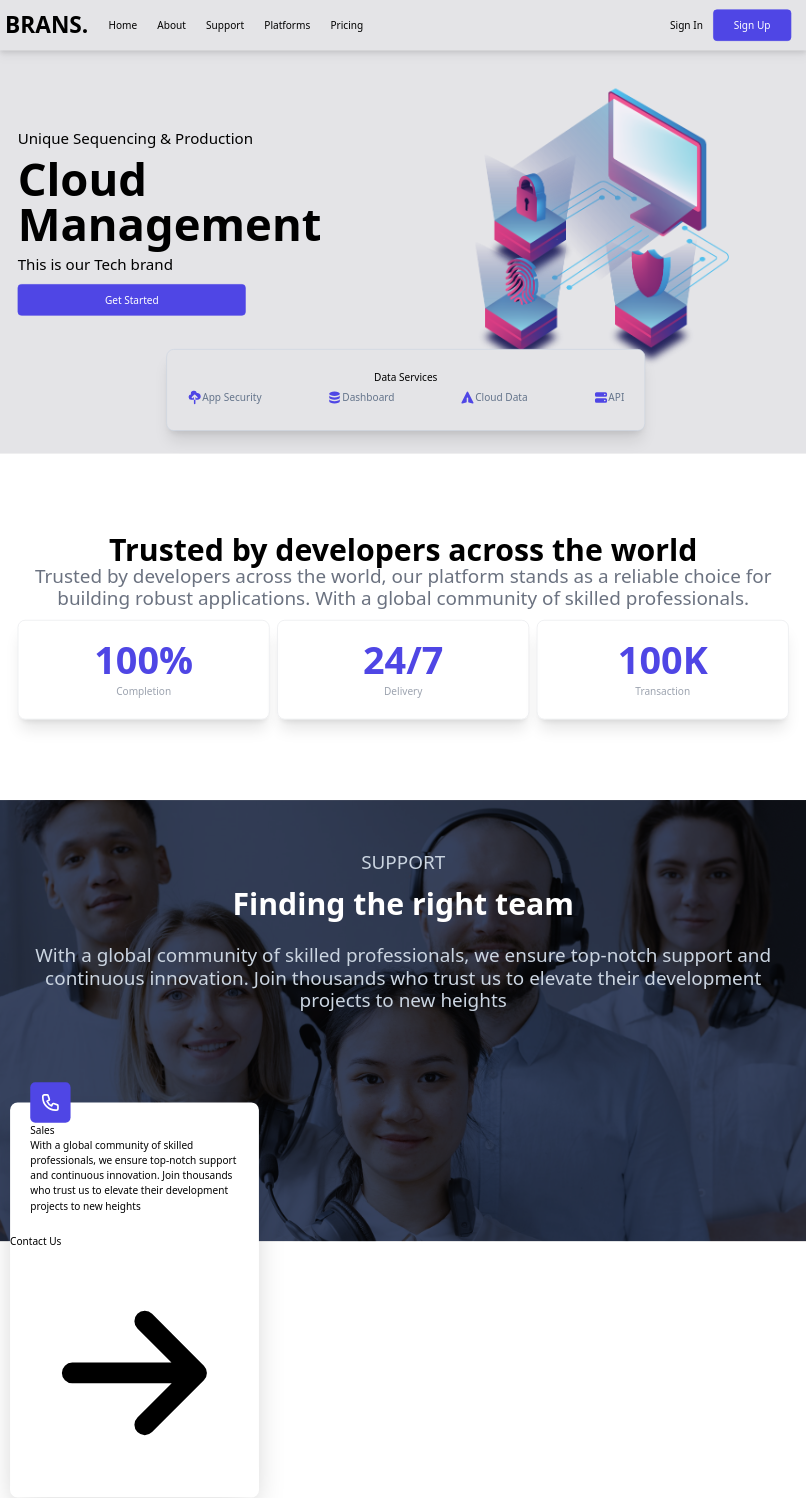
Repository: adrcstro/react-project-2
Page: /
The author's editor kept a copy of each file at every save. The page is drawn from the files as they stood at one save, then again after the next save.
The browser window is 1280 px wide. The pictures show the whole page, at 63% of full size.
The project was rebuilt for these pictures with package versions that can differ from the ones it lists, and the page was loaded fresh each time.

Above is the page before, as saved 2024-08-15 20:33:45.

After the next save:
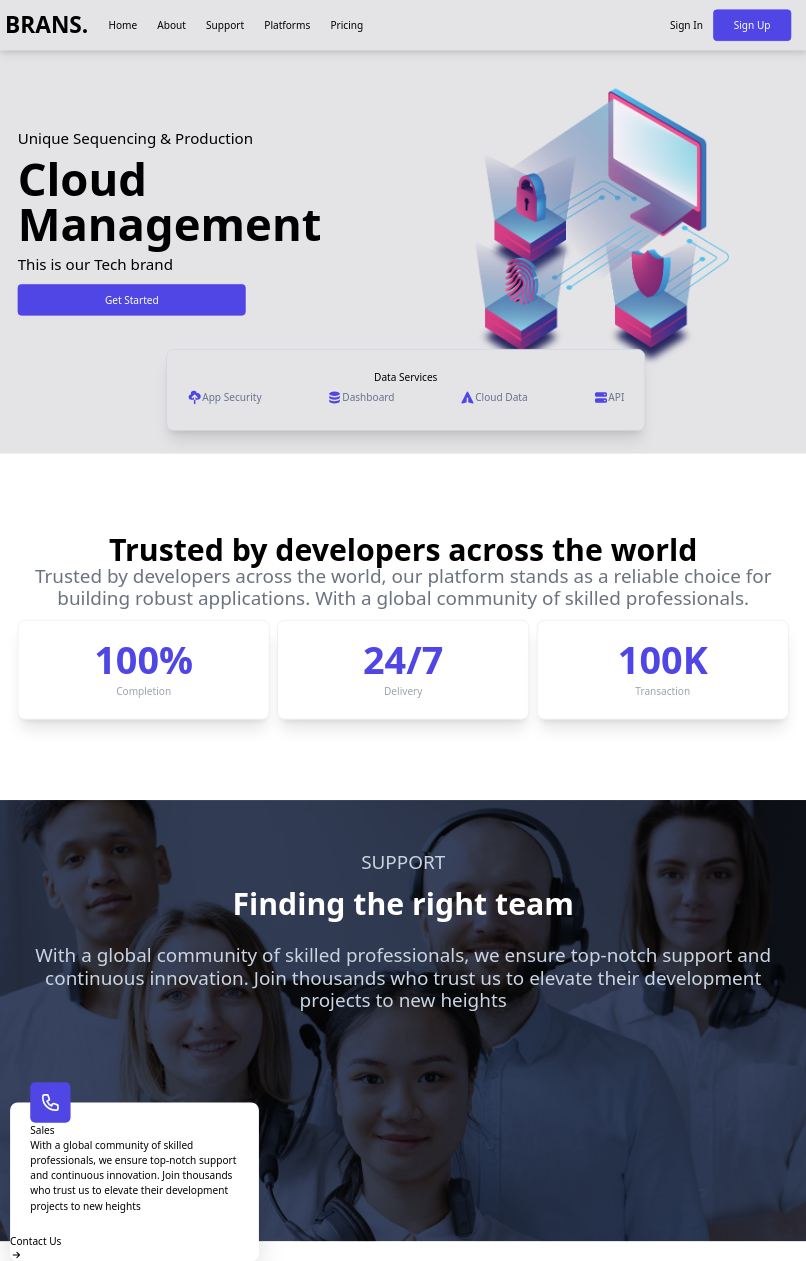
Saved 5 min 5 s later.
--- a/src/components/Support.jsx
+++ b/src/components/Support.jsx
@@ -26,7 +26,7 @@ function Support() {
                     <p>With a global community of skilled professionals, we ensure top-notch support and continuous innovation. Join thousands who trust us to elevate their development projects to new heights</p>
                  </div>
                  <div>
-                    <p>Contact Us <ArrowSmRightIcon/> </p>
+                    <p>Contact Us <ArrowSmRightIcon className='w-5'/> </p>
                  </div>
             </div>
         </div>
